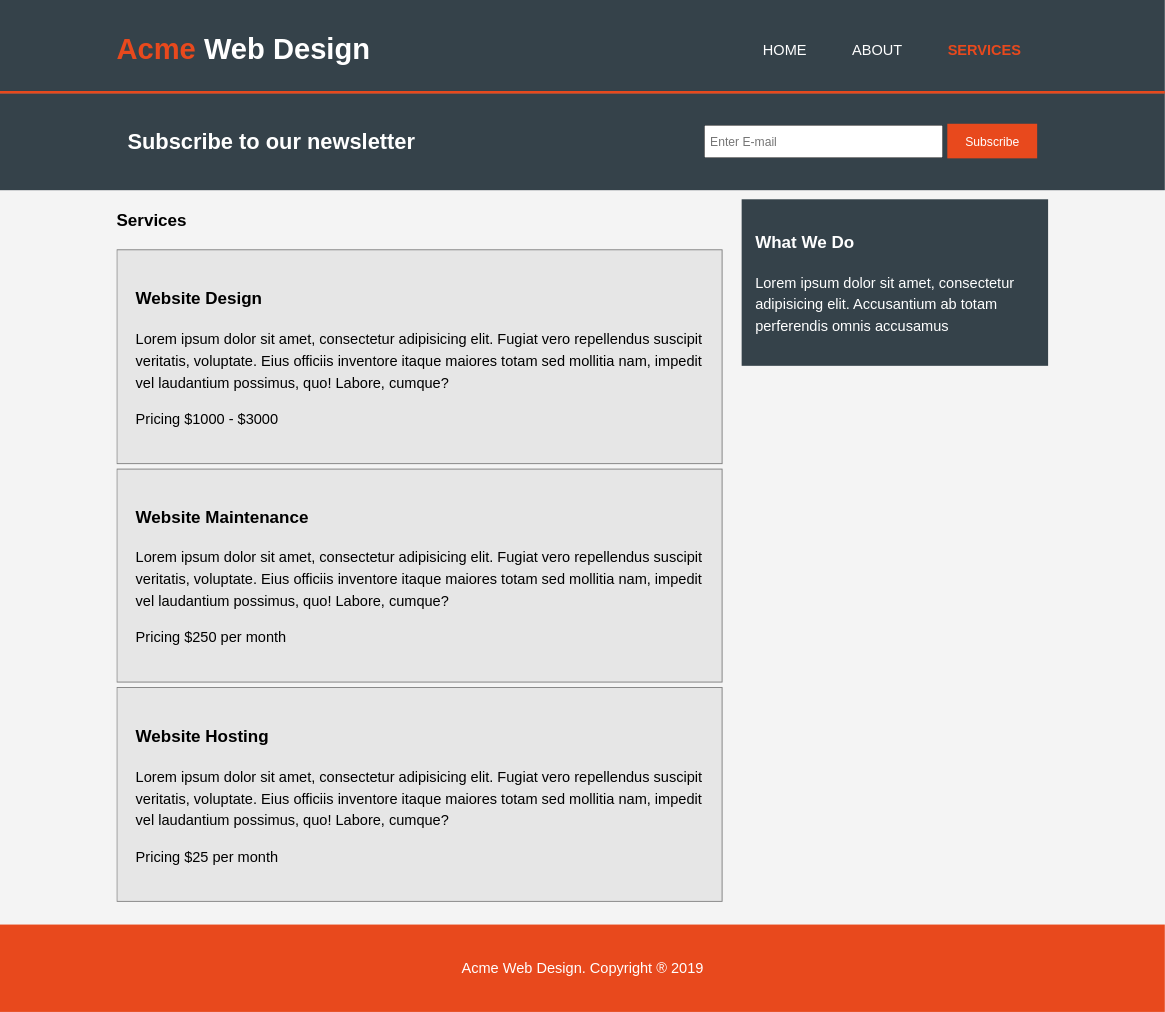
Repository: soloestuardo/bootstrap
Page: proyectos/yout/services.html
The author's editor kept a record of every edit. The page is drawn from the files as they stood at one moment, then again after the next edit.
The browser window is 1280 px wide. The pictures show the whole page, at 91% of full size.
Some web libraries are served in a nearby version.

Above is the page before.

### proyectos/yout/services.html
<!DOCTYPE html>
<html lang>
<head>
    <meta charset="UTF-8">
    <link rel="stylesheet" href="css/style.css">
    <meta name="viewport" content="width=device-width">
    <meta name="description" content="Affordable and professional web design">
    <meta name="keywords" content="web design, affordable web design, professional web design">
    <meta name="author" content="Estuardo Porras">
    <link rel="stylesheet" href="https://use.fontawesome.com/releases/v5.5.0/css/all.css" integrity="sha384-B4dIYHKNBt8Bc12p+WXckhzcICo0wtJAoU8YZTY5qE0Id1GSseTk6S+L3BlXeVIU" crossorigin="anonymous">
    <title>Services</title>
</head>

<!------------ EMPIEZA EL BODY ---------->

<body>

    <!------------ HEADER ---------->

    <header>
        <div class="container">

            <!------------ LOGO ---------->

            <div id="branding">
                <h1><span class="highlight">Acme</span> Web Design</h1>
            </div>

            <!------------ MENÚ ---------->

            <nav>
                <ul>
                    <li><a href="index.html">Home</a></li>
                    <li><a href="about.html">About</a></li>
                    <li class="current"><a href="services.html">Services</a></li>
                    </li>
                </ul>
            </nav>
        </div>
    </header>

    <!------------ NEWSLETTER ---------->

    <section id="newsletter">
        <div class="container">
            <h1>Subscribe to our newsletter</h1>
            <form>
                <input type="email" placeholder="Enter E-mail">
                <button type="submit" class="button_1">Subscribe</button>
            </form>
        </div>
    </section>

    <!------------ BOXES ---------->

    <section id="main">
        <div class="container">
            <article id="main-col">
                <h1 class="page_title">Services</h1>
                <ul id="services">
                    <li><h3>Website Design</h3>
                    <p>Lorem ipsum dolor sit amet, consectetur adipisicing elit. Fugiat vero repellendus suscipit veritatis, voluptate. Eius officiis inventore itaque maiores totam sed mollitia nam, impedit vel laudantium possimus, quo! Labore, cumque?</p>
                    <p>Pricing $1000 - $3000</p>
                    </li>

                    <li><h3>Website Maintenance</h3>
                    <p>Lorem ipsum dolor sit amet, consectetur adipisicing elit. Fugiat vero repellendus suscipit veritatis, voluptate. Eius officiis inventore itaque maiores totam sed mollitia nam, impedit vel laudantium possimus, quo! Labore, cumque?</p>
                    <p>Pricing $250 per month</p>
                    </li>

                    <li><h3>Website Hosting</h3>
                    <p>Lorem ipsum dolor sit amet, consectetur adipisicing elit. Fugiat vero repellendus suscipit veritatis, voluptate. Eius officiis inventore itaque maiores totam sed mollitia nam, impedit vel laudantium possimus, quo! Labore, cumque?</p>
                    <p>Pricing $25 per month</p>
                    </li>
                </ul>
            </article>
            <aside id="sidebar" class="dark">
                <h3>What We Do</h3>
                <p>Lorem ipsum dolor sit amet, consectetur adipisicing elit. Accusantium ab totam perferendis omnis accusamus</p>
            </aside>
        </div>
    </section>

    <footer>
        <p>Acme Web Design. Copyright ® 2019</p>
    </footer>

</body>
</html>

### proyectos/yout/css/style.css
/*-----------GENERAL--------------*/

body {
    font: 16px/1.5 Arial, Helvetica, sans-serif;
    margin:0;
    padding:0;
    background-color: #F4F4F4;
}

ul {
    margin:0;
    padding:0;
}

.button_1 {
    height:38px;
    background:#E8491D;
    border:0;
    padding-left:20px;
    padding-right:20px;
    color:#FFF;
}

.dark {
    padding:15px;
    background:#35424A;
    color:white;
    margin-top:10px;
    margin-bottom:10px;
}

/*-----------CONTAINER--------------*/

.container {
    width:80%;
    margin:auto;
    overflow:hidden;
}

/*-----------HEADER--------------*/

header {
    background-color:#35424A;
    color:#FFF;
    padding-top:30px;
    min-height:70px;
    border-bottom:#E8491D 3px solid;
}

header a {
    color:#FFF;
    text-decoration:none;
    text-transform:uppercase;
    font-size:16px;
}


header li {
    float:left;
    display:inline;
    padding:0 30px 0 20px;
}

#branding {
    float:left;
}

#branding h1 {
    margin:0;
}

header nav {
    float:right;
    margin-top:13px;
}

header .highlight, header .current a {
    color:#E8491D;
    font-weight:bold;
}

header a:hover {
    color:#CCC;
    font-weight:bold;
}

/*-----------SHOWCASE--------------*/

#showcase {
    min-height:400px;
    background:url("../img/desk1.jpg");
    background-size:100% 130%;
    background-position:0 60%;
    text-align: center;
    color:#FFF;
}

#showcase h1 {
    margin-top:100px;
    font-size:55px;
    margin-bottom:10px;
}

#showcase p {
    font-size:22px;
    font-style:bold;
    color: #80b3ff;
    text-shadow:1px 1px #006;
}

/*-----------NEWSLETTER--------------*/

#newsletter {
    padding:15px;
    color:#FFF;
    background:#35424A;
}

#newsletter h1 {
    float:left;
}

#newsletter form {
    float:right;
    margin-top:18px;
}

#newsletter input[type="email"] {
    padding:4px;
    height:25px;
    width:250px;
}

/*-----------BOXES--------------*/

#boxes {
    margin-top:20px;
}

#boxes .box {
    float:left;
    width:30%;
    padding:10px;
    text-align:center;
}

#boxes .box i {
    font-size:90px;
}

/*-----------BOXES--------------*/
aside#sidebar {
    float:right;
    width:30%;
    margin-top:10px;
}

aside#sidebar .quote input, aside#sidebar .quote textarea {
    width:90%;
    padding:5px;
}

#main-col {
    float:left;
    width:65%;
}

/*-----------SERVICES--------------*/

ul#services li {
    list-style:none;
    padding:20px;
    border:gray solid 1px;
    margin-bottom: 5px;
    background:#E6E6E6;
}

/*-----------FOOTER--------------*/

footer {
    padding:20px;
    margin-top:20px;
    color:#FFF;
    background:#E8491D;
    text-align:center;
}

/*-----------MEDIA QUERIES--------------*/
@media (max-width:768px) {
    header #branding, header nav, header nav li, #newsletter h1, #newsletter form, #boxes .box, article#main-col, aside#sidebar {
        float:none;
        text-align:center;
        width:100%;
    }

    header {
        padding-bottom:20px;
    }

    #showcase h1 {
        margin-top:40px;
    }

    #newsletter button, .quote button {
        display:block;
        width:100%;
    }

    #newsletter form input[type="email"], .quote input, .quote textarea {
        width:100%;
        margin-bottom:5px;
    }

}

After the next edit:
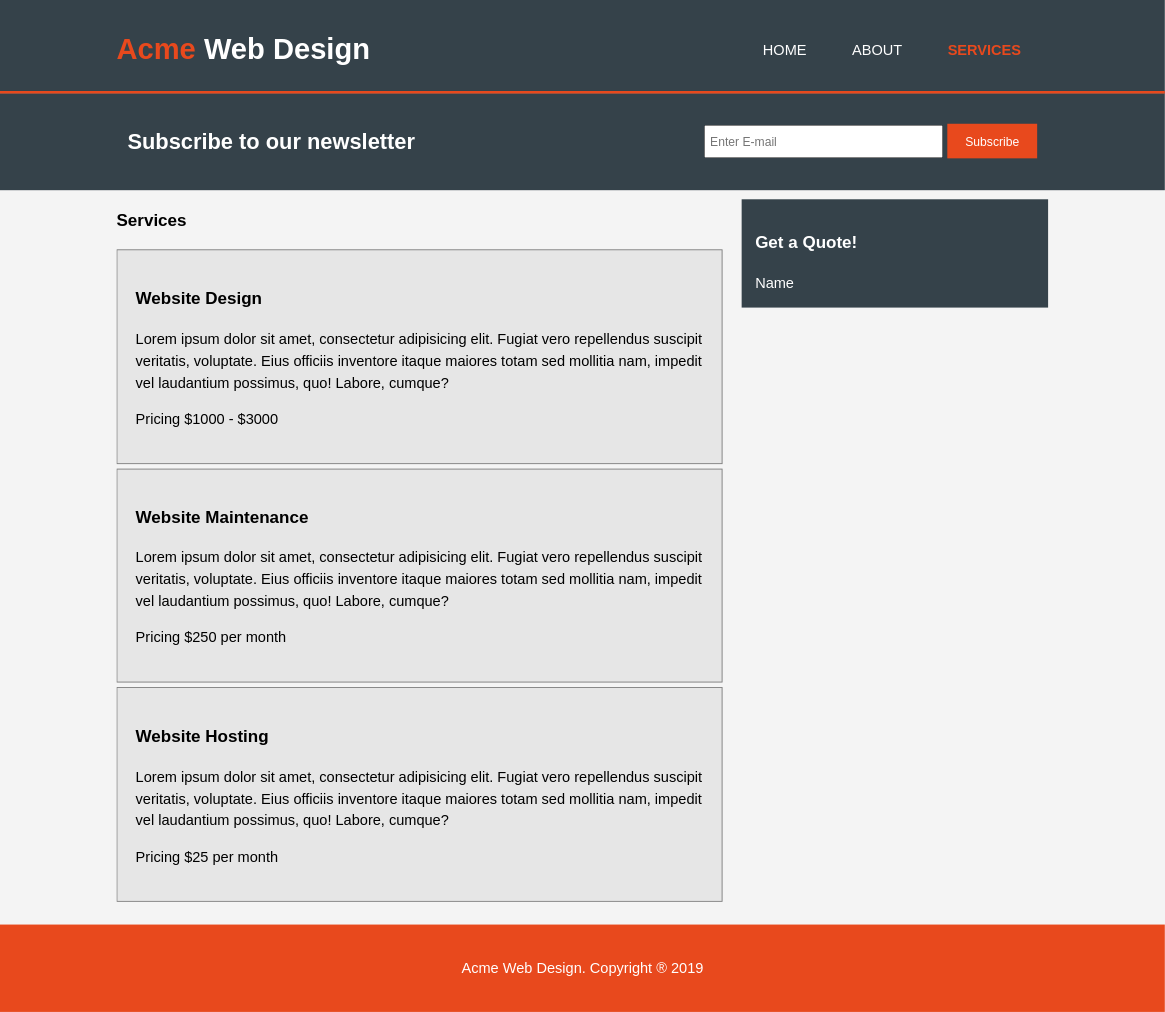
The edit:
--- a/proyectos/yout/services.html
+++ b/proyectos/yout/services.html
@@ -75,8 +75,13 @@
                 </ul>
             </article>
             <aside id="sidebar" class="dark">
-                <h3>What We Do</h3>
-                <p>Lorem ipsum dolor sit amet, consectetur adipisicing elit. Accusantium ab totam perferendis omnis accusamus</p>
+                <h3>Get a Quote!</h3>
+                <form class="quote">
+                    <div>
+                        <label>Name</label><br>
+                    </div>
+
+                </form>
             </aside>
         </div>
     </section>
